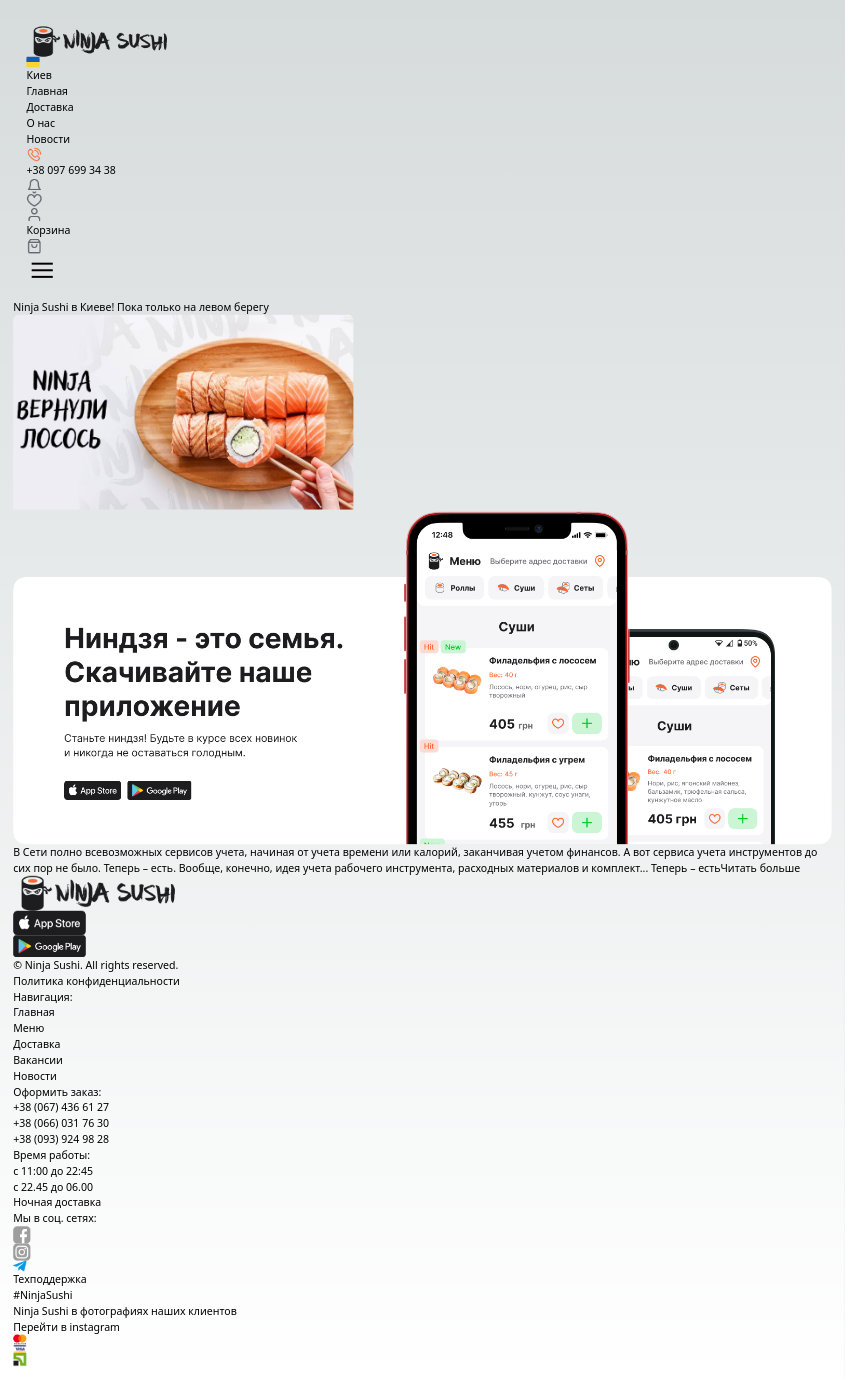
Repository: shokirovG/loyiha
Page: /News
An editor plug-in stored every save of this project. The page is shown before and after the next save, followed by the edit.
The browser window is 1280 px wide. The pictures show the whole page, at 66% of full size.
The project was rebuilt for these pictures with package versions that can differ from the ones it lists, and the page was loaded fresh each time. The framework's server and built-in components were replaced by stand-ins that run in the browser. Also part of the build but not shown: next.config.js, Components/Categories.jsx, Components/OpenNav.jsx.

Above is the page before, as saved 2023-07-01 13:37:59.

### pages/News.jsx
import { Header, Slider } from "@/Components";
import Footer from "@/Components/Footer";
import React from "react";

const News = () => {
  return (
    <div className="container p-5">
      <Header />
      <Slider />
      <Footer />
    </div>
  );
};

export default News;

### Components/index.js
export { default as Header } from "./Header";
export { default as Burger } from "./Burger";
export { default as Categories } from "./Categories";
export { default as Slider } from "./Slider";
export { default as OpenNav } from "./OpenNav";

### Components/Footer.jsx
import Image from "next/image";
import Link from "next/link";
import React from "react";

const Footer = () => {
  return (
    <div className="bigOne w-[100%] min-h-[160vh] gap-[50px] text-[16px] text-[#9E9E9E] flex flex-col justify-between mt-10">
      <Image src={"/imgs/play.png"} width={1500} height={644} />
      <p className="paragraph w-[60%] text-center m-auto">
        В Сети полно всевозможных сервисов учета, начиная от учета времени или
        калорий, заканчивая учетом финансов. А вот сервиса учета инструментов до
        сих пор не было. Теперь – есть. Вообще, конечно, идея учета рабочего
        инструмента, расходных материалов и комплект... Теперь – есть
        <span className="float-right text-[#00CC2D] mt-2">Читать больше</span>
      </p>
      <div className="footer flex items-center justify-evenly max-w-[100%] bg-white min-h-[376px] rounded-lg">
        <div className="w-[246px] h-[248px] flex flex-col items-center justify-between">
          <div className="w-[246px] h-[156px] flex flex-col items-center justify-around">
            <Image src={"/imgs/logo.png"} width={246} height={59} />
            <div className="w-[246px] flex justify-around">
              <Image src={"/imgs/appstore.png"} width={110} height={37} />
              <Image src={"/imgs/google.png"} width={110} height={37} />
            </div>
            <span className="text-[14px]">
              © Ninja Sushi. All rights reserved.
            </span>
          </div>
          <span className="text-[14px] text-[#1D1D1F] font-[500]">
            Политика конфиденциальности
          </span>
        </div>
        <div className="footer_items max-w-[754px] min-h-[184px] flex justify-between gap-10 mb-5">
          <ul className="flex flex-col gap-[5px] w-[101px] h-[100%]">
            <li className="text-[14px] text-[#686870]">Навигация:</li>
            <li>
              <Link
                className="text-[16px] text-[#1D1D1F] font-[500]"
                href={"/"}
              >
                Главная
              </Link>
            </li>
            <li>
              <Link
                className="text-[16px] text-[#1D1D1F] font-[500]"
                href={"#"}
              >
                Меню
              </Link>
            </li>
            <li>
              <Link
                className="text-[16px] text-[#1D1D1F] font-[500]"
                href={"#"}
              >
                Доставка
              </Link>
            </li>
            <li>
              <Link
                className="text-[16px] text-[#1D1D1F] font-[500]"
                href={"#"}
              >
                Вакансии
              </Link>
            </li>
            <li>
              <Link
                className="text-[16px] text-[#1D1D1F] font-[500]"
                href={"#"}
              >
                Новости
              </Link>
            </li>
          </ul>

          <ul className="w-[168px] h-[120px] flex flex-col items-start gap-[5px]">
            <li className="text-[14px] text-[#686870]">Оформить заказ:</li>
            <li>
              <Link
                className="text-[16px] text-[#1D1D1F] font-[500]"
                href={"/"}
              >
                +38 (067) 436 61 27
              </Link>
            </li>
            <li>
              <Link
                className="text-[16px] text-[#1D1D1F] font-[500]"
                href={"#"}
              >
                +38 (066) 031 76 30
              </Link>
            </li>
            <li>
              <Link
                className="text-[16px] text-[#1D1D1F] font-[500]"
                href={"#"}
              >
                +38 (093) 924 98 28
              </Link>
            </li>
          </ul>

          <ul className="w-[137px] h-[120px] flex flex-col items-start gap-[5px]">
            <li className="text-[14px] text-[#686870]">Время работы:</li>
            <li>
              <Link
                className="text-[16px] text-[#1D1D1F] font-[500]"
                href={"/"}
              >
                с 11:00 до 22:45
              </Link>
            </li>
            <li>
              <Link
                className="text-[16px] text-[#1D1D1F] font-[500]"
                href={"#"}
              >
                с 22.45 до 06.00
              </Link>
            </li>
            <li className="text-[14px] text-[#686870]">Ночная доставка</li>
          </ul>

          <div className="w-[174px] h-[120px] flex flex-col gap-[12px]">
            <span>Мы в соц. сетях:</span>
            <div className="flex w-[64px] h-[26px] justify-between">
              <Image src={"/imgs/face.png"} width={26} height={26} />
              <Image src={"/imgs/insta.png"} width={26} height={26} />
            </div>
            <button className="w-[160px] h-[40px] bg-[#F5F5F7] rounded-lg flex justify-around items-center p-[12px]">
              <Image src={"/imgs/telegram.png"} width={20} height={16} />
              <Link
                className="text-[#039BE5] text-[16px] font-mono font-[500]"
                href={"#"}
              >
                Техподдержка
              </Link>
            </button>
          </div>
        </div>
        <div className="others w-[246px] min-h-[248px] flex flex-col justify-between pt-[20px] items-center">
          <div className="w-[246px] h-[194] gap-[5px] flex flex-col">
            <h1
              className="title text-[42px] text-[#1D1D1F] font-[700]"
              id="title"
            >
              #NinjaSushi
            </h1>
            <p className="text-[#9E9E9E] text-[16px] line-[24px]" id="texts">
              Ninja Sushi в фотографиях наших клиентов
            </p>
            <button
              id="button"
              className="w-[246px] h-[56px] bg-[#F5F5F7] rounded-[12px] text-[#00CC2D] font-[500] text-[16px] font-[Inter]"
            >
              <Link href={"https://www.instagram.com/bektoshevich_01/"}>
                Перейти в instagram
              </Link>
            </button>
          </div>
          <div className="flex w-[105px] h-[18px] justify-around">
            <Image src={"/imgs/master.png"} width={20} height={16} />
            <Image src={"/imgs/visa.png"} width={20} height={16} />
            <Image src={"/imgs/pg.png"} width={20} height={16} />
          </div>
        </div>
      </div>
    </div>
  );
};

export default Footer;

### Components/Header.jsx
"use client";

import React from "react";
import Image from "next/image";
import { Burger } from ".";
import Link from "next/link";

const Header = () => {
  return (
    <header className="sm:w-auto p-5 md:flex lg:flex xl:flex items-center w-screen justify-around h-24 bg-white mb-[16px]">
      <div className="w-52 h-12">
        <Link href="/" className="">
          <Image src="/imgs/logo.PNG" alt="logo" width={214} height={48} />
        </Link>
      </div>
      <div className="w-3/4 sm:flex md:flex md:items-center md:justify-between lg:flex lg:items-center lg:justify-between">
        <ul className="lg:flex xl:flex md:flex 2xl:flex items-center w-3/6 justify-between gap-12 md:gap-2 lg:gap-12">
          <li className="flex w-20 justify-between items-center g-4 h-3">
            <Image src="/imgs/flag.PNG" alt="logo" width={20} height={2} />
            <a href="#" className="ml-2">
              Киев
            </a>
          </li>
          <li className="">
            <a href="#" className="">
              Главная
            </a>
          </li>
          <li className="">
            <a href="#" className="">
              Доставка
            </a>
          </li>
          <li className="w-12 flex">
            <a href="#" className="w-12">
              О нас
            </a>
          </li>
          <li className="">
            <a href="#" className="">
              Новости
            </a>
          </li>
          <li className="flex items-center">
            <a href="#" className="w-48 justify-around flex items-center">
              <Image src="/imgs/tel.PNG" alt="logo" width={24} height={24} />
              <span>+38 097 699 34 38</span>
            </a>
          </li>
        </ul>
        <div className="flex items-center w-80 h-14">
          <div className="flex w-12 border items-center justify-center h-12 rounded-lg">
            <Image src="/imgs/bell.PNG" alt="logo" width={24} height={24} />
          </div>
          <div className="flex w-12 border items-center ml-2 justify-center h-12 rounded-lg">
            <Image src="/imgs/like.PNG" alt="logo" width={24} height={24} />
          </div>
          <div className="flex w-12 border items-center ml-2 justify-center h-12 rounded-lg">
            <Image src="/imgs/person.PNG" alt="logo" width={24} height={24} />
          </div>
          <div className="flex w-32 justify-around ml-2 border items-center h-12 rounded-lg">
            <span>Корзина</span>
            <Image src="/imgs/cart.PNG" alt="logo" width={24} height={24} />
          </div>
        </div>
      </div>

      <Burger />
    </header>
  );
};
export default Header;

### Components/Burger.jsx
"use client";

import Hamburger from "hamburger-react";
import React, { useState } from "react";
import { OpenNav } from ".";

const Burger = () => {
  const [isOpen, settOpen] = useState(false);
  return (
    <div className="burger">
      <Hamburger toggled={isOpen} toggle={settOpen} />
      {isOpen ? <OpenNav /> : null}
    </div>
  );
};

export default Burger;

### Components/Slider.js
"use client";

import React from "react";
import { Swiper, SwiperSlide } from "swiper/react";
import "swiper/css";
import "swiper/css/pagination";
import { Pagination } from "swiper";
import Image from "next/image";

const Slider = () => {
  return (
    <Swiper
      pagination={true}
      modules={[Pagination]}
      className="mySwiper h-[600px] w-[100%] mt-10"
    >
      <SwiperSlide>
        <div>
          <h1>Ninja Sushi в Киеве! Пока только на левом берегу</h1>
          <Image src={"/imgs/new.png"} width={516} height={336} />
        </div>
      </SwiperSlide>
      <SwiperSlide>
        <div>
          <h1>Ninja Sushi в Киеве! Пока только на левом берегу</h1>
        </div>
      </SwiperSlide>
      <SwiperSlide>
        <div>
          <h1>Ninja Sushi в Киеве! Пока только на левом берегу</h1>
        </div>
      </SwiperSlide>
      <SwiperSlide>
        <div>
          <h1>Ninja Sushi в Киеве! Пока только на левом берегу</h1>
        </div>
      </SwiperSlide>
    </Swiper>
  );
};

export default Slider;

Loaded but not shown: pages/_app.js (common file); pages/_document.js (common file); styles/globals.css (common file); tailwind.config.js (common file)

After the next save:
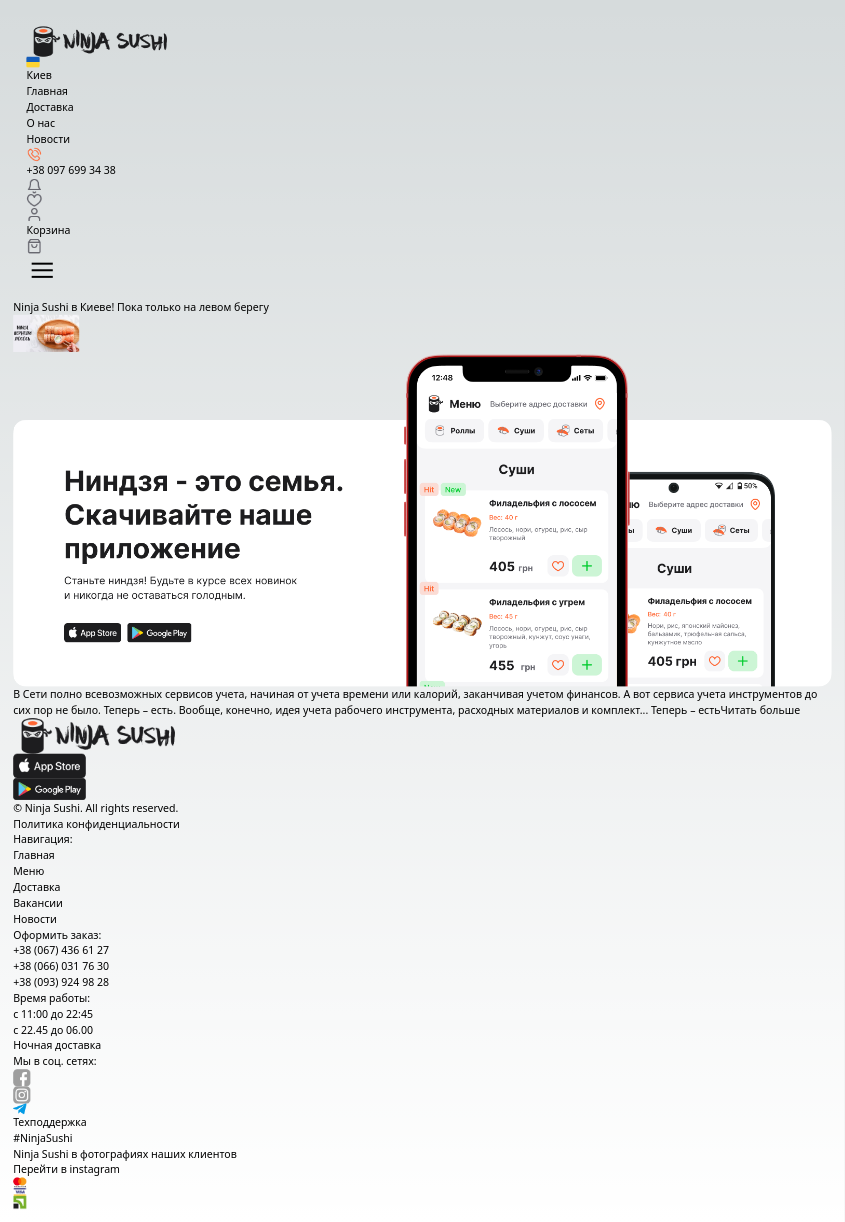
Saved 5 s later.
--- a/Components/Slider.js
+++ b/Components/Slider.js
@@ -17,7 +17,7 @@
       <SwiperSlide>
         <div>
           <h1>Ninja Sushi в Киеве! Пока только на левом берегу</h1>
-          <Image src={"/imgs/new.png"} width={516} height={336} />
+          <Image src={"/imgs/new.png"} width={100} height={336} />
         </div>
       </SwiperSlide>
       <SwiperSlide>
